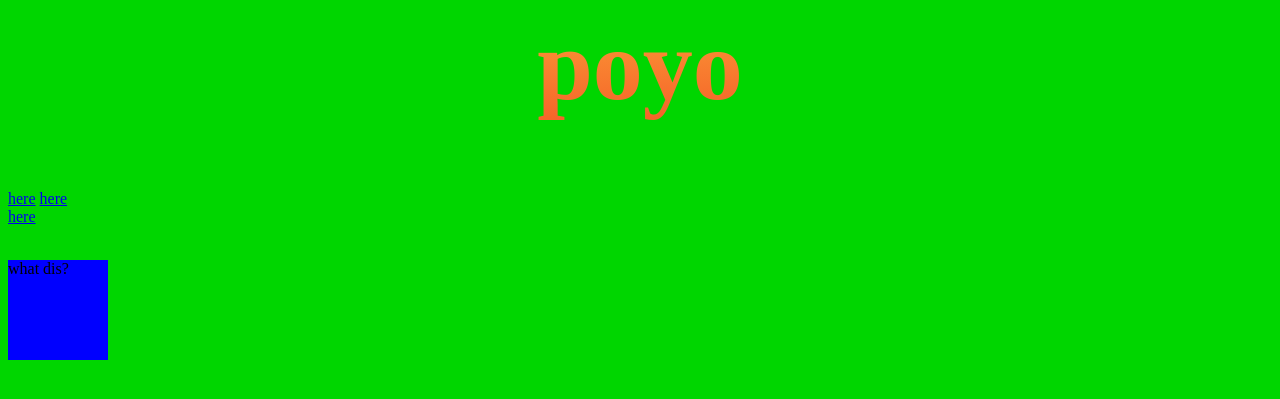
Repository: jessehapuli/jessehapuli.github.io
Page: rocket/idex.html
The author's editor kept a copy of each file at every save. The page is drawn from the files as they stood at one save, then again after the next save.
The browser window is 1280 px wide. The pictures show the whole page.

Above is the page before, as saved 2024-04-18 12:53:55.

### rocket/idex.html
<html>
    <head>
        <script src="script.js"></script>
        <link rel="stylesheet" href="lmao.css"></link>
    </head>
    <body>
            <h1>poyo</h1>

            <a href="#" onclick="car.fly();">here</a>

            <a href="#" onclick="sayMyName('Jesse pinkman');">here</a>

            <br>

            <a href="#" onclick="docoolstuff();">here</a>

            <br>

            <br>

            <div class="cool" id="cool"><p>what dis?</p></div>
    </body>



</html>

### rocket/script.js
var sayMyName = function (name) {
    alert ('Youre: '+name);
}

var favcolor = 'bred';
var myfavcolor = ['blue', 'black', 'green'];
var numoffavcolors = 3;
var hsagotfavcolor = true;
var jeobject = {
    firstname: 'Je',
    lastname: 'ss',
    thirdname: 'e',
    favcolor: ['blue', 'red', 'green']
    ,
    yearsalive: '4.6bilj',
    ismale: true,
}

var car = {
    make: 'wolksWagen',
    type: 'Beetle',
    color: 'lightBlue',
    IsTurnedOn: false,
    numberofwheels: 4,
    seats: [
        'seat 1',
        'seat 2',
        'seat 3',
        'seat 4',
        'seat 5'
    ],

    TurnOn: function () {
        this.IsTurnedOn = true;
    },

        switchcar: function (isOn) {
    console.log('turncar'+isOn)
        ;
    if (isOn == true) {
        this.IsTurnedOn = true;
    } else {
        this.IsTurnedOn = false;
        }
    },


    fly: function () {
        alert('fly');
    }

};

var car2 = {
    type: 'dispencer',
    color: 'red',
    level: '1',
    hp: '100',
    canfly: 'True',
    seats: [
        'seat 1',
        'seat 2'
    ],

    IsTurnedOn: (true),

    flyightMode: function () {
        if (vector > 100) {
            this.flyightMode.IsTurnedOn = true
        } else {
            this.flyightMode.IsTurnedOn = false
        }
    }

}

var doCoolStuff = function () {
    document.getElementById('cool').classname = 'cool red';
}

### rocket/lmao.css
body {
    background-color: rgb(0, 214, 0);
}

.cool {
    width: 100px;
    height: 100px;
    background-color: blue;
    transition: background-color 1s;
}

.cool.red {
    background-color: red;
}

h1 {
    color: #f35626;
    background-image: -webkit-linear-gradient(92deg, #f35626, #feab3a);
    -webkit-background-clip: text;
    -webkit-text-fill-color: transparent;
    -webkit-animation: sue 0.5s infinite linear;
    font-size: 100;
    text-align: center;
}

@-webkit-keyframes sue {
    from {
      -webkit-filter: hue-rotate(0deg);
    }

    to {
      -webkit-filter: hue-rotate(360deg);
    }
}

After the next save:
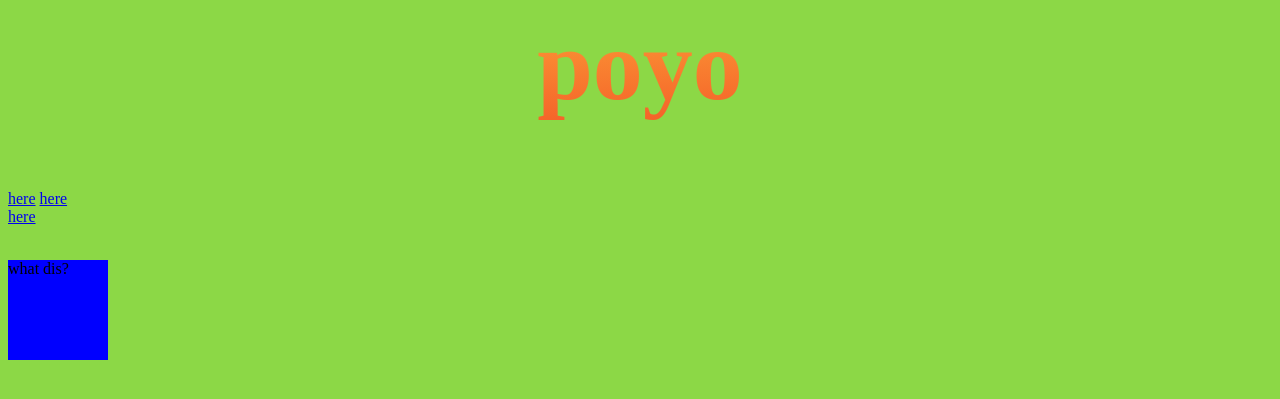
Saved 23 s later.
--- a/rocket/lmao.css
+++ b/rocket/lmao.css
@@ -1,5 +1,5 @@
 body {
-    background-color: rgb(0, 214, 0);
+    background-color: rgb(140, 216, 70);
 }
 
 .cool {
